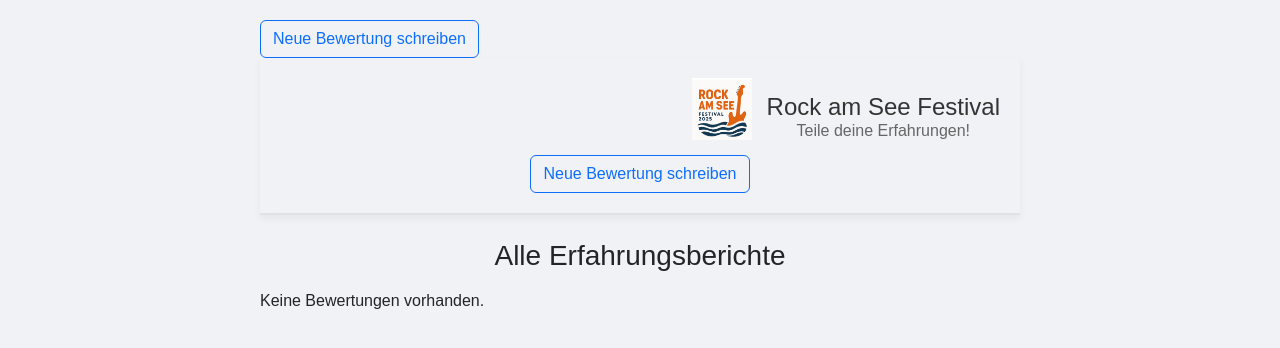
Repository: Hajimohammadi-KI/Web-Technologien
Page: / (app in Teilleistung_04/Teilleistung_04/RockAmSee-Reviews/rock-am-see/)
An editor plug-in stored every save of this project. The page is shown before and after the next save, followed by the edit.
The browser window is 1280 px wide. The pictures show the whole page.
The project was rebuilt for these pictures with package versions that can differ from the ones it lists, and the page was loaded fresh each time. Also part of the build but not shown: Teilleistung_04/Teilleistung_04/RockAmSee-Reviews/rock-am-see/svelte.config.js, Teilleistung_04/Teilleistung_04/RockAmSee-Reviews/rock-am-see/vite.config.js, Teilleistung_04/Teilleistung_04/RockAmSee-Reviews/rock-am-see/src/Card.svelte, Teilleistung_04/Teilleistung_04/RockAmSee-Reviews/rock-am-see/src/Form.svelte, Teilleistung_04/Teilleistung_04/RockAmSee-Reviews/rock-am-see/src/ReviewDetail.svelte.

Above is the page before, as saved 2025-07-13 09:40:54.

### Teilleistung_04/Teilleistung_04/RockAmSee-Reviews/rock-am-see/index.html
<!DOCTYPE html>
<html lang="de">
  <head>
    <meta charset="UTF-8" />
    <meta name="viewport" content="width=device-width, initial-scale=1.0" />

<link rel="icon" href="/favicon.ico" type="image/x-icon" />

    <title>Rock am See Reviews</title>
  </head>
  <body>
    <div id="app"></div>
    <script type="module" src="/src/main.js"></script>
  </body>
</html>

### Teilleistung_04/Teilleistung_04/RockAmSee-Reviews/rock-am-see/src/main.js
// src/main.js
import App from './App.svelte';
import 'bootstrap/dist/css/bootstrap.min.css';
import './style.css';

// Because compatibility is set to 4:

const app = new App({
  target: document.getElementById('app'),
});

export default app;

### Teilleistung_04/Teilleistung_04/RockAmSee-Reviews/rock-am-see/src/App.svelte
<script>
  import  Router  from 'svelte-spa-router';
  import routes from './routes.js';
  import Header from './Header.svelte';
</script>

<main>
  <Header logoUrl="/img/LEGO.png" />
  <Router {routes} />
</main>
<style>
  main {
    padding: 20px;
    max-width: 800px;
    margin: auto;
  }
  </style>

### Teilleistung_04/Teilleistung_04/RockAmSee-Reviews/rock-am-see/src/style.css
/* style.css - Schönes, modernes Design mit deutschen Kommentaren */

/* Grundstil für den Body */
body {
  background: #f0f2f5; /* Heller Hintergrund */
  font-family: Arial, sans-serif; /* Klare Schriftart */
}

/* Header-Stil mit Farbverlauf und Schatten */
header {
  padding: 40px 20px; /* Innenabstand */
  background: linear-gradient(135deg, #ffffff 0%, #f8f9fa 100%); /* Farbverlauf */
  border-bottom: 2px solid #dee2e6; /* Untere Linie */
  text-align: center; /* Inhalt zentrieren */
  box-shadow: 0 4px 8px rgba(0,0,0,0.05); /* Sanfter Schatten */
}

/* Logo im Header zentrieren */
header img {
  display: block; /* Blockelement */
  margin: 0 auto 15px; /* Zentriert, mit Abstand nach unten */
}

/* Haupttitel größer und kräftiger */
header h1 {
  font-size: 2rem; /* Schriftgröße */
  margin-bottom: 0.5rem; /* Abstand nach unten */
  color: #333; /* Dunkle Farbe */
}

/* Untertitel heller und kleiner */
header h2 {
  font-size: 1.2rem;
  color: #666; /* Grauer Ton */
}

/* Hauptbereich zentriert */
main {
  max-width: 500px; /* Max. Breite */
  margin: 50px auto; /* Zentriert mit Abstand nach oben */
  padding: 0 15px; /* Etwas seitlicher Innenabstand */
}

/* Formular-Container mit Schatten und Radius */
form {
  background: #ffffff; /* Weißer Hintergrund */
  border-radius: 12px; /* Abgerundete Ecken */
  box-shadow: 0 6px 20px rgba(0,0,0,0.08); /* Schatten */
  padding: 30px; /* Innenabstand */
}

/* Titel im Formular */
form h5 {
  font-weight: bold; /* Fett */
  margin-bottom: 20px; /* Abstand nach unten */
  text-align: center; /* Zentriert */
  color: #333; /* Dunkler Farbton */
}

/* Primärbutton mit Verlauf und Hover-Effekt */
.btn-primary {
  background: linear-gradient(90deg, #007bff 0%, #0056b3 100%); /* Verlauf Blau */
  border: none; /* Keine Linie */
  transition: background 0.3s ease; /* Übergang */
}

/* Hover-Zustand für Button */
.btn-primary:hover {
  background: linear-gradient(90deg, #0056b3 0%, #003f7f 100%); /* Dunklerer Verlauf */
}

/* Eingabefelder leicht abgerundet */
input.form-control, textarea.form-control {
  border-radius: 6px; /* Runde Ecken */
}

/* Entferne Standardrahmen bei Card */
.card {
  border: none;
}

### Teilleistung_04/Teilleistung_04/RockAmSee-Reviews/rock-am-see/src/routes.js
import Home from './Home.svelte';
import Form from './Form.svelte';
import ReviewDetail from './ReviewDetail.svelte';

const routes = {
  '/': Home,
  '/form': Form,
  '/review/:id': ReviewDetail,
};

export default routes;

### Teilleistung_04/Teilleistung_04/RockAmSee-Reviews/rock-am-see/src/Header.svelte
<!-- Header.svelte -->
<a href="#/new" class="btn btn-outline-primary">Neue Bewertung schreiben</a>
<script>
  import { link } from 'svelte-spa-router';
  export let logoUrl = "";
</script>

<header>
  <div class="logo-wrapper">
    <img src={logoUrl} alt="Festival Logo" />
    <div class="title-wrapper">
      <h1>Rock am See Festival</h1>
      <h2>Teile deine Erfahrungen!</h2>
    </div>
  </div>
    <a href="#/form" class="btn btn-outline-primary" use:link>Neue Bewertung schreiben</a>

</header>

<style>
  header {
    padding: 20px;
    background: transparent;
  }

  .logo-wrapper {
    display: flex;
    align-items: center;
  }

  .logo-wrapper img {
    width: 60px; /* Kleines Logo */
    height: auto;
    margin-right: 15px;
  }

  .title-wrapper h1 {
    margin: 0;
    font-size: 1.5rem;
  }

  .title-wrapper h2 {
    margin: 0;
    font-size: 1rem;
    color: #666;
  }
</style>

### Teilleistung_04/Teilleistung_04/RockAmSee-Reviews/rock-am-see/src/Home.svelte
<!-- src/Home.svelte -->
<script>
  import { reviews } from './stores.js';
  import Card from './Card.svelte';
</script>

<h3 class="mt-4 mb-3">Alle Erfahrungsberichte</h3>

{#if $reviews.length > 0}
  {#each $reviews as review (review.id)}
    <Card {review} />
  {/each}
{:else}
  <p>Keine Bewertungen vorhanden.</p>
{/if}

<style>
  h3 {
    text-align: center;
  }
</style>

### Teilleistung_04/Teilleistung_04/RockAmSee-Reviews/rock-am-see/src/stores.js
import { writable } from 'svelte/store';

// Ein leerer Store für alle Erfahrungsberichte
export const reviews = writable([]);

// Optional: Später localStorage-Verknüpfung ergänzen

After the next save:
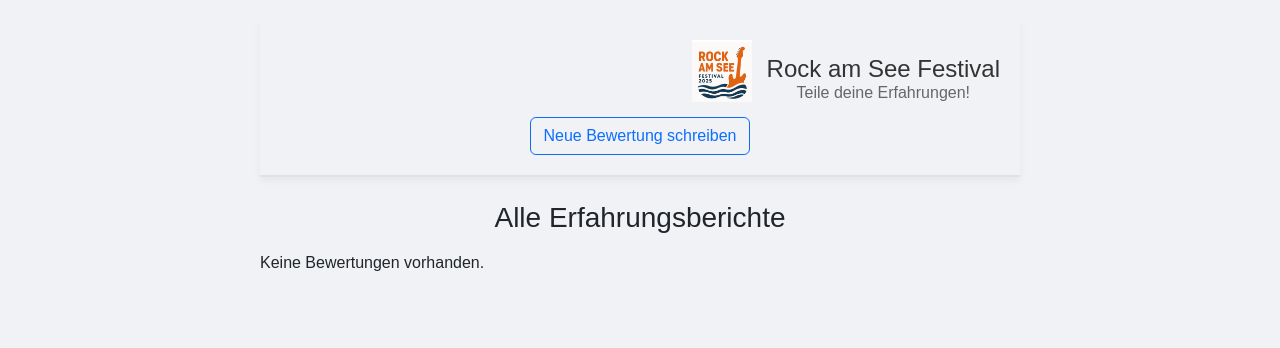
Saved 5 min 40 s later.
--- a/Teilleistung_04/Teilleistung_04/RockAmSee-Reviews/rock-am-see/src/Header.svelte
+++ b/Teilleistung_04/Teilleistung_04/RockAmSee-Reviews/rock-am-see/src/Header.svelte
@@ -1,5 +1,4 @@
 <!-- Header.svelte -->
-<a href="#/new" class="btn btn-outline-primary">Neue Bewertung schreiben</a>
 <script>
   import { link } from 'svelte-spa-router';
   export let logoUrl = "";
